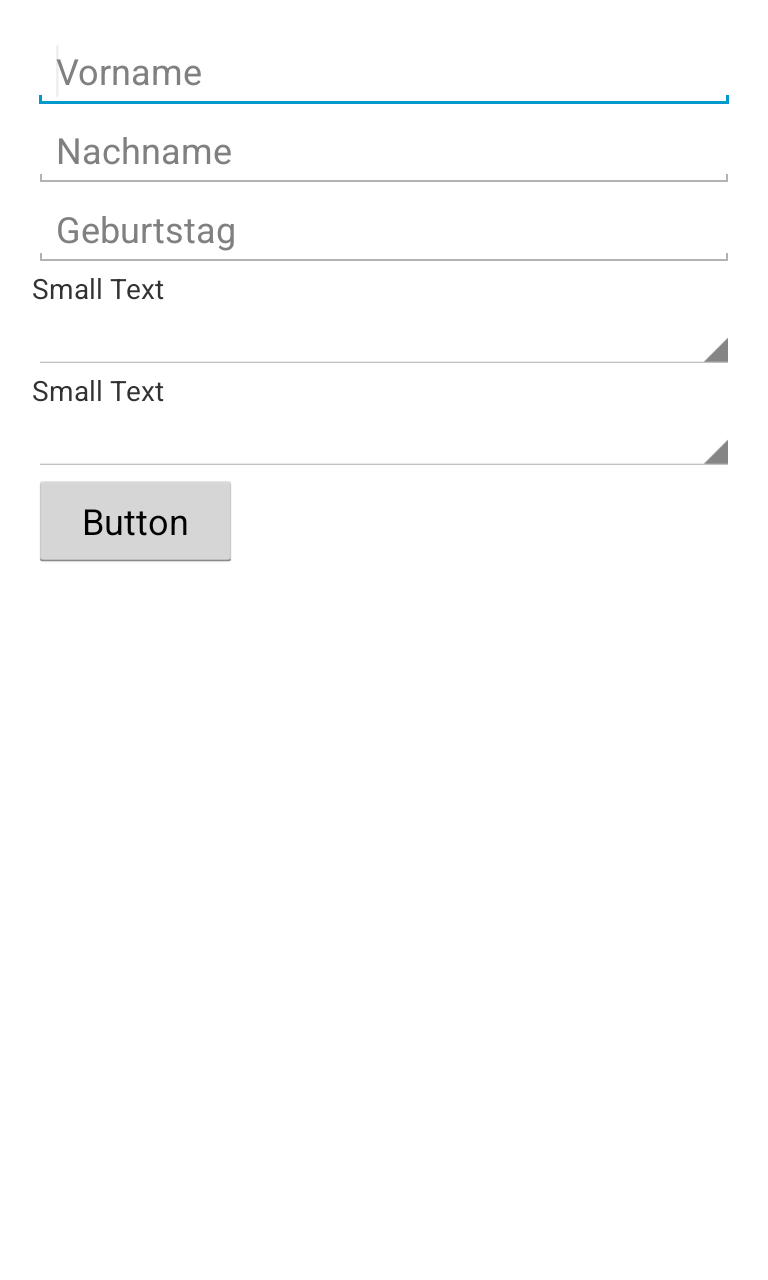
Repository: asdffdsa123/SA-Project
Layout: SA-Android/res/layout/activity_main.xml
An editor plug-in stored every save of this project. The layout is shown before and after the next save, followed by the edit.
It is drawn on a 768 x 1280 px phone screen (xhdpi) without system bars, with theme AppTheme; the app's code is not run.

Above is the layout before, as saved 2013-11-18 15:41:37.

### SA-Android/res/layout/activity_main.xml
<RelativeLayout xmlns:android="http://schemas.android.com/apk/res/android"
    xmlns:tools="http://schemas.android.com/tools"
    android:id="@+id/RelativeLayout1"
    android:layout_width="match_parent"
    android:layout_height="match_parent"
    android:orientation="vertical"
    android:paddingBottom="@dimen/activity_vertical_margin"
    android:paddingLeft="@dimen/activity_horizontal_margin"
    android:paddingRight="@dimen/activity_horizontal_margin"
    android:paddingTop="@dimen/activity_vertical_margin"
    tools:context=".MainActivity" >

    <EditText
        android:id="@+id/firstname"
        android:layout_width="match_parent"
        android:layout_height="wrap_content"
        android:layout_alignParentLeft="true"
        android:layout_alignParentTop="true"
        android:ems="10"
        android:hint="@string/firstname"
        android:inputType="textPersonName" >

        <requestFocus />
    </EditText>

    <EditText
        android:id="@+id/lastname"
        android:layout_width="match_parent"
        android:layout_height="wrap_content"
        android:layout_alignParentLeft="true"
        android:layout_below="@+id/firstname"
        android:ems="10"
        android:hint="@string/lastname"
        android:inputType="textPersonName" />

    <EditText
        android:id="@+id/birthday"
        android:layout_width="match_parent"
        android:layout_height="wrap_content"
        android:layout_alignParentLeft="true"
        android:layout_below="@+id/lastname"
        android:ems="10"
        android:hint="@string/birthday"
        android:inputType="date" />

    <TextView
        android:id="@+id/textView1"
        android:layout_width="wrap_content"
        android:layout_height="wrap_content"
        android:layout_alignParentLeft="true"
        android:layout_below="@+id/birthday"
        android:text="Small Text"
        android:textAppearance="?android:attr/textAppearanceSmall" />

    <Spinner
        android:id="@+id/spinner1"
        android:layout_width="match_parent"
        android:layout_height="wrap_content"
        android:layout_alignParentLeft="true"
        android:layout_below="@+id/textView1"
        android:contentDescription="@string/gender" />

    <TextView
        android:id="@+id/textView2"
        android:layout_width="wrap_content"
        android:layout_height="wrap_content"
        android:layout_alignParentLeft="true"
        android:layout_below="@+id/spinner1"
        android:text="Small Text"
        android:textAppearance="?android:attr/textAppearanceSmall" />

    <Spinner
        android:id="@+id/spinner2"
        android:layout_width="match_parent"
        android:layout_height="wrap_content"
        android:layout_alignParentLeft="true"
        android:layout_below="@+id/textView2" />

    <Button
        android:id="@+id/button1"
        android:layout_width="wrap_content"
        android:layout_height="wrap_content"
        android:layout_alignParentLeft="true"
        android:layout_below="@+id/spinner2"
        android:hint="@string/save"
        android:text="Button" />

</RelativeLayout>

### SA-Android/res/values/strings.xml
<?xml version="1.0" encoding="utf-8"?>
<resources>

    <string name="app_name">SA-Android</string>
    <string name="action_settings">Settings</string>
    <string name="hello_world">Hello world!</string>
    <string name="save">Speichern</string>
    <string name="firstname">Vorname</string>
    <string name="lastname">Nachname</string>
    <string name="birthday">Geburtstag</string>
    <string name="gender">Geschlecht</string>
    <string name="faculty">Fakultät</string>

</resources>

Loaded but not shown: SA-Android/res/values/styles.xml (common file); SA-Android/res/values-v11/styles.xml (common file); SA-Android/res/values-v14/styles.xml (common file); SA-Android/res/values/dimens.xml (common file)

After the next save:
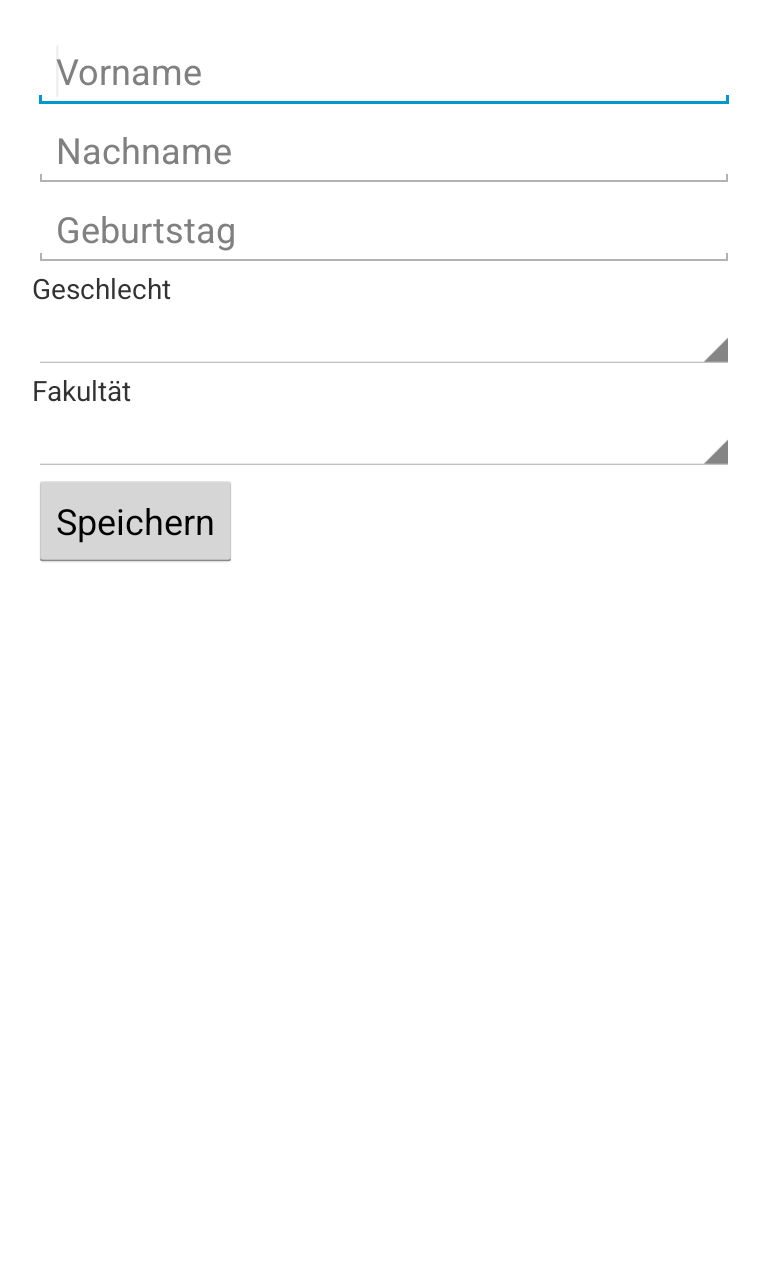
Saved 24 s later.
--- a/SA-Android/res/layout/activity_main.xml
+++ b/SA-Android/res/layout/activity_main.xml
@@ -1,6 +1,6 @@
-<RelativeLayout xmlns:android="http://schemas.android.com/apk/res/android"
+<LinearLayout xmlns:android="http://schemas.android.com/apk/res/android"
     xmlns:tools="http://schemas.android.com/tools"
-    android:id="@+id/RelativeLayout1"
+    android:id="@+id/LinearLayout1"
     android:layout_width="match_parent"
     android:layout_height="match_parent"
     android:orientation="vertical"
@@ -14,8 +14,6 @@
         android:id="@+id/firstname"
         android:layout_width="match_parent"
         android:layout_height="wrap_content"
-        android:layout_alignParentLeft="true"
-        android:layout_alignParentTop="true"
         android:ems="10"
         android:hint="@string/firstname"
         android:inputType="textPersonName" >
@@ -27,8 +25,6 @@
         android:id="@+id/lastname"
         android:layout_width="match_parent"
         android:layout_height="wrap_content"
-        android:layout_alignParentLeft="true"
-        android:layout_below="@+id/firstname"
         android:ems="10"
         android:hint="@string/lastname"
         android:inputType="textPersonName" />
@@ -37,52 +33,40 @@
         android:id="@+id/birthday"
         android:layout_width="match_parent"
         android:layout_height="wrap_content"
-        android:layout_alignParentLeft="true"
-        android:layout_below="@+id/lastname"
         android:ems="10"
         android:hint="@string/birthday"
         android:inputType="date" />
 
     <TextView
+        android:id="@+id/textView2"
+        android:layout_width="wrap_content"
+        android:layout_height="wrap_content"
+        android:text="@string/gender"
+        android:textAppearance="?android:attr/textAppearanceSmall" />
+
+    <Spinner
+        android:id="@+id/gender_spinner"
+        android:layout_width="match_parent"
+        android:layout_height="wrap_content"
+        android:contentDescription="@string/gender" />
+
+    <TextView
         android:id="@+id/textView1"
         android:layout_width="wrap_content"
         android:layout_height="wrap_content"
-        android:layout_alignParentLeft="true"
-        android:layout_below="@+id/birthday"
-        android:text="Small Text"
+        android:text="@string/faculty"
         android:textAppearance="?android:attr/textAppearanceSmall" />
 
     <Spinner
-        android:id="@+id/spinner1"
+        android:id="@+id/faculty_spinner"
         android:layout_width="match_parent"
-        android:layout_height="wrap_content"
-        android:layout_alignParentLeft="true"
-        android:layout_below="@+id/textView1"
-        android:contentDescription="@string/gender" />
+        android:layout_height="wrap_content" />
 
-    <TextView
-        android:id="@+id/textView2"
+    <Button
+        android:id="@+id/save_button"
         android:layout_width="wrap_content"
         android:layout_height="wrap_content"
-        android:layout_alignParentLeft="true"
-        android:layout_below="@+id/spinner1"
-        android:text="Small Text"
-        android:textAppearance="?android:attr/textAppearanceSmall" />
+        android:hint="@string/save"
+        android:text="@string/save" />
 
-    <Spinner
-        android:id="@+id/spinner2"
-        android:layout_width="match_parent"
-        android:layout_height="wrap_content"
-        android:layout_alignParentLeft="true"
-        android:layout_below="@+id/textView2" />
-
-    <Button
-        android:id="@+id/button1"
-        android:layout_width="wrap_content"
-        android:layout_height="wrap_content"
-        android:layout_alignParentLeft="true"
-        android:layout_below="@+id/spinner2"
-        android:hint="@string/save"
-        android:text="Button" />
-
-</RelativeLayout>
+</LinearLayout>
